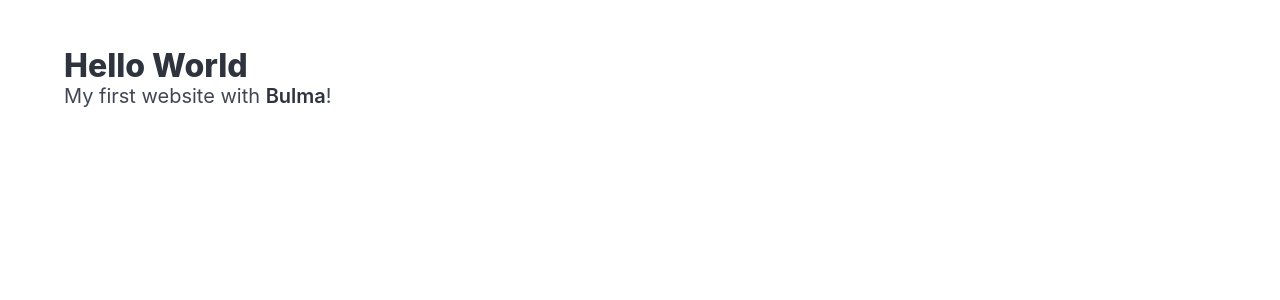
Repository: Tepag/WebPages
Page: Index.html
These files come from the project's save history. The page is drawn as it stood at one moment and after the next save; the edit follows.
The browser window is 1280 px wide. The pictures show the whole page.

Above is the page before, as saved 2024-10-15 12:26:49.

### Index.html
<!DOCTYPE html>
<html>
  <head>
    <meta charset="utf-8">
    <meta name="viewport" content="width=device-width, initial-scale=1">
    <title>Hello Bulma!</title>
    <link rel="stylesheet" href="https://cdn.jsdelivr.net/npm/bulma@1.0.2/css/bulma.min.css">
    <link href=" https://cdn.jsdelivr.net/npm/bulma@1.0.2/css/bulma.min.css " rel="stylesheet">
  </head>
  <body>
  <section class="section">
    <div class="container">
      <h1 class="title">
        Hello World
      </h1>
      <p class="subtitle">
        My first website with <strong>Bulma</strong>!
      </p>
    </div>
  </section>
  </body>
</html>

After the next save:
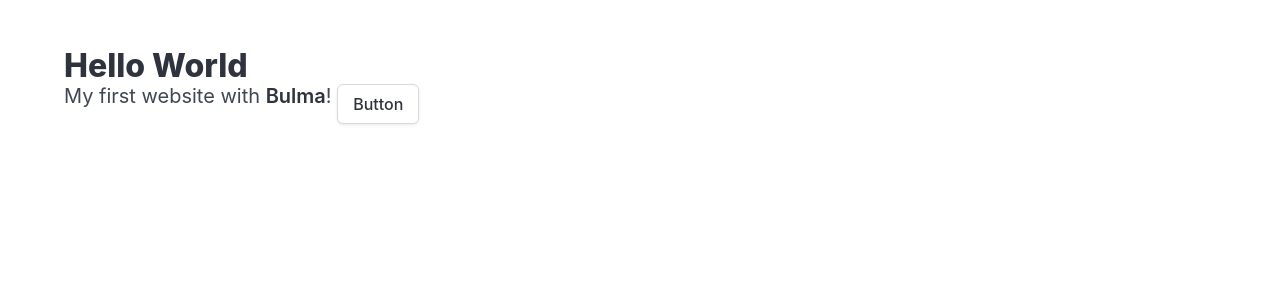
Saved 98 s later.
--- a/Index.html
+++ b/Index.html
@@ -15,6 +15,7 @@
       </h1>
       <p class="subtitle">
         My first website with <strong>Bulma</strong>!
+        <button class="button">Button</button>
       </p>
     </div>
   </section>
